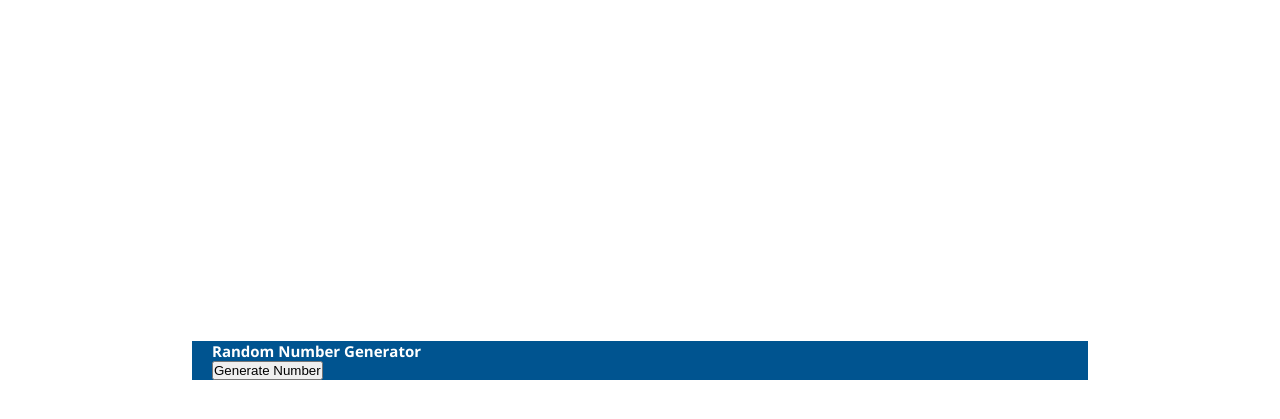
Repository: fakebrianho/100daysJS
Page: day002/index.html
An editor plug-in stored every save of this project. The page is shown before and after the next save, followed by the edit.
The browser window is 1280 px wide. The pictures show the whole page.
Some web libraries are served in a nearby version.

Above is the page before, as saved 2023-03-21 19:25:33.

After the next save:
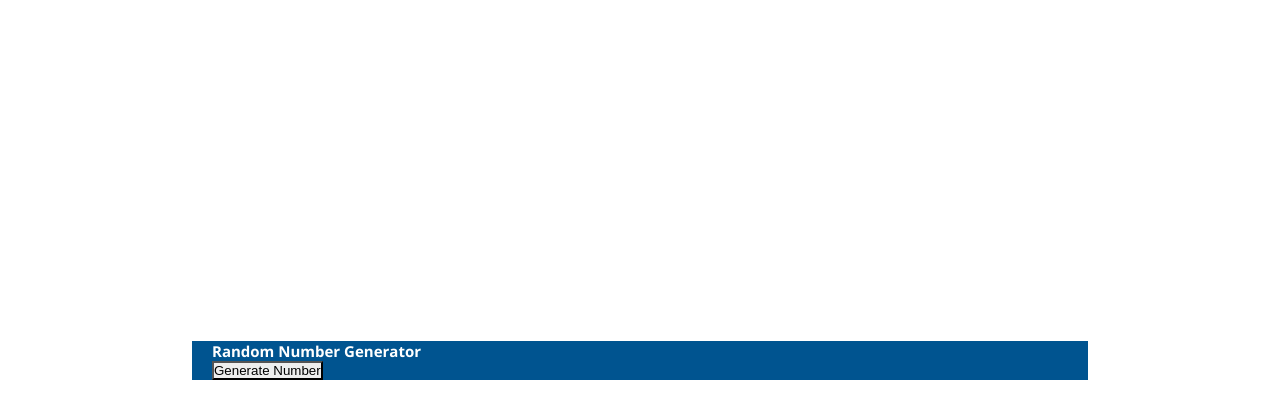
Saved 29 s later.
--- a/day002/styles.css
+++ b/day002/styles.css
@@ -50,3 +50,8 @@ main {
 	padding: 0 20px;
 	background-color: var(--light-blue);
 }
+
+.generate {
+	background-color: var(--grey);
+	color: black;
+}
